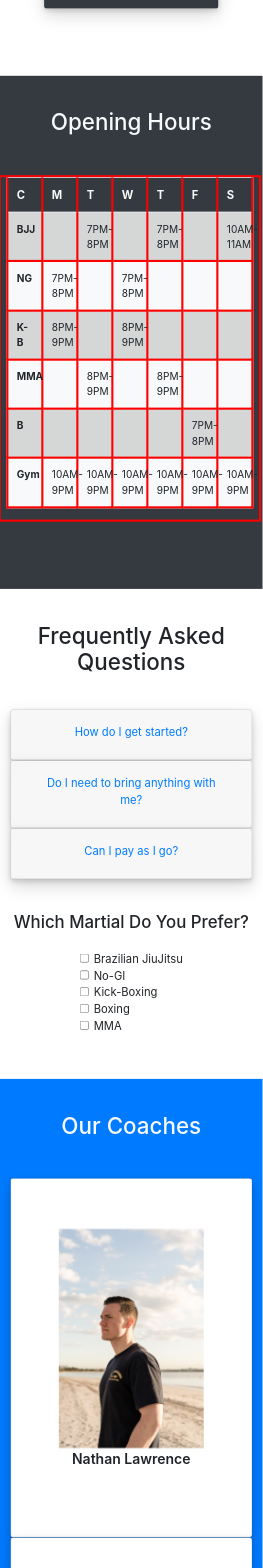
Repository: IonPara/Just-Fight
Page: index.html
These files come from the project's save history. The page is drawn as it stood at one moment and after a run of saves; the edit follows.
The browser window is 375 px wide. The pictures show the part of the page from y = 2146 to 4386 px (the page is 6091 px tall before and 6085 px after), at 70% of full size.
Some web libraries are served in a nearby version.

Above is the page before, as saved 2023-03-13 16:02:52.

### index.html
<!DOCTYPE html>
<html lang="en">

<head>
  <meta charset="utf-8">
  <meta name="viewport" content="width=device-width, initial-scale=1.0">
  <title>Just Fight</title>
  <link href="./Styles/styles.css" rel="stylesheet" type="text/css">

  <!-- Bootstrap Link -->
  <link rel="stylesheet" href="https://cdn.jsdelivr.net/npm/bootstrap@4.2.1/dist/css/bootstrap.min.css"
    integrity="sha384-GJzZqFGwb1QTTN6wy59ffF1BuGJpLSa9DkKMp0DgiMDm4iYMj70gZWKYbI706tWS" crossorigin="anonymous">
</head>

<body>
  <header>

    <!-- ------------Nav bar ------------------------>
    <nav class="navbar navbar-expand-lg navbar-dark bg-dark fixed-top">
      <div class="container pb-4 mr-5">
        <a class="navbar-brand mt-3" id="brand" href="#"><span class="text-primary">Just </span> Fight</a>
        <button class="navbar-toggler" type="button" data-toggle="collapse" data-target="#navbarSupportedContent"
          aria-controls="navbarSupportedContent" aria-expanded="false" aria-label="Toggle navigation">
          <span class="navbar-toggler-icon"></span>
        </button>
      </div>

      <div class="collapse navbar-collapse" id="navbarSupportedContent">
        <ul class="navbar-nav justify-content-end">
          <li class="nav-item active">
            <a class="nav-link" href="#">Home <span class="sr-only">(current)</span></a>
          </li>
          <li class="nav-item">
            <a class="nav-link" href="#ourClasses">Classes</a>
          </li>
          <li class="nav-item">
            <a class="nav-link" href="#openingHours">Opening</a>
          </li>
          <li class="nav-item">
            <a class="nav-link" href="#coaches">Coaches</a>
          </li>
          <li class="nav-item">
            <a class="nav-link" href="#contact">Contact</a>
          </li>
          <li class="nav-item">
            <a class="nav-link" href="./about.html">About</a>
          </li>
          <li class="nav-item">
            <a class="nav-link" href="./plans.html">Join</a>
          </li>
          <li class="nav-item">
            <a class="nav-link" href="./review.html">Review</a>
          </li>
        </ul>
      </div>
    </nav>
  </header>

  <!-- ------------------------Join Club Top section  --------------- -->
  <section class="text-light pt-5 text-center text-sm-start top-section transition-fade" id="swup">
    <div class="container">
      <div class="d-sm-flex justify-content-between align-items-center">
        <div class="heading-container w-50">
          <h1 class="fight-club text-center font-weight-bold"><span class="text-primary">Just </span>Fight</h1>
          <p class=" md-lead text-left font-italic pt-3">
            All martial arts are really just different paths to the same place, which is total human development.
            <br>
          <p class="text-right">BETH AUSTIN</p>
          <a class="text-white" href="./plans.html" target="_blank" rel="noopener noreferrer">
            <button class="btn btn-lg btn-primary mt-3" id="join">
              Join Our Team
            </button>
          </a>
        </div>
        <img class="img-fluid  w-25 d-none d-sm-block" src="./Images/timothy-eberly-C7ax3RF9FFo-unsplash.jpg"
          alt="Muay Thai">
      </div>
    </div>
  </section>

  <!-- Sign Up section -->
  <div class="bg-primary text-light p-5">
    <div class="container">
      <div class="d-md-flex justify-content-between align-items-center">
        <h3 class="mb3-mb-md-0">
          Sing Up For Our Newsletters
        </h3>
        <div class="input-group mb-3">
          <input type="text" class="form-control newsletter-input" placeholder="Enter Email:"
            aria-label="Recipient's username" aria-describedby="button-addon2">
          <button class="btn  btn-outline-secondary bg-dark text-white" type="button" id="button-addon2">
            Sign Up
          </button>
        </div>
      </div>
    </div>
  </div>

  <!-------------------------------Our Classes Boxes------------ -->
  <section class="p-5 mb-5 classes-container" id="ourClasses">
    <div class="container  text-center text-light boxes">
      <div class="row">
        <div class="col text-dark font-weight-bolder">
          <div class=" h2 pb-4">Join Our Classes</div>
        </div>
      </div>

      <!-- Here we create a row with 3 boxes -->
      <div class="row">

        <div class="col-md ">
          <div class="card bg-primary ">
            <div class="card-body">
              <h3 class="card-title">Brazilian Jiu Jitsu</h3>
              <a href="./about.html">
                <img class=" card-image w-100 d-md-block" src="./Images/bjj.png" alt="Brazilian Jiu Jitsu">
              </a>
            </div>
          </div>
        </div>

        <div class="col-md ">
          <div class="card bg-dark mt-4 m-md-0">
            <div class="card-body">
              <h3 class="card-title">No-Gi</h3>
              <a href="./about.html">
                <img class="card-image w-100 d-md-block" src="./Images/no-gi.png" alt="No-Gi">
              </a>
            </div>
          </div>
        </div>

        <div class="col-md ">
          <div class="card bg-primary mt-4 m-md-0">
            <div class="card-body">
              <h3 class="card-title">Kick Boxing</h3>
              <a href="./about.html">
                <img class=" card-image w-100 d-md-block" src="./Images/kb.png" alt="Kick-boxing">
              </a>
            </div>
          </div>
        </div>
      </div>

      <!-- Here we create second row with 3 boxes -->
      <div class="row pt-4">
        <div class="col-md">
          <div class="card bg-dark mb-4 m-md-0">
            <div class="card-body">
              <h3 class="card-title">Boxing</h3>
              <a href="./about.html">
                <img class="card-image w-100  d-md-block" src="./Images/boxing.png" alt="Brazilian Jiu Jitsu">
              </a>
            </div>
          </div>
        </div>

        <div class="col-md">
          <div class="card bg-primary">
            <div class="card-body">
              <h3 class="card-title">MMA</h3>
              <a href="./about.html">
                <img class="card-image w-100  d-md-block" src="./Images/mma.png" alt="No-Gi">
              </a>
            </div>
          </div>
        </div>

        <div class="col-md">
          <div class="card bg-dark mt-4 m-md-0">
            <div class="card-body">
              <h3 class="card-title">Gym</h3>
              <a href="./about.html">
                <img class="card-image w-100  d-md-block" src="./Images/gym.png" alt="Kick-boxing">
              </a>
            </div>
          </div>
        </div>

      </div>
    </div>
  </section>
  <!----------------------------Table--------------------------------  -->
  <section class="bg-dark  p-5" id="openingHours">
    <h2 class="text-light text-center">Opening Hours</h2>

    <div class="bg-dark py-5">
      <div class=" text-dark d-flex justify-content-center table-container">
        <table class=" table bg-light  table-hover w-75 ">
          <thead class="bg-dark text-light">
            <!-- Here is the top row -->
            <tr class="row-head ">
              <!-- Here on the small screen the day of the week wil be just a letter -->
              <th class="col1 d-none d-md-table-cell" scope="col">Class</th>
              <th class="col2 d-md-none" scope="col">C</th>
              <th class="col2 d-none d-md-table-cell" scope="col">Monday</th>
              <th class="col2 d-md-none" scope="col">M</th>
              <th class="col3 d-none d-md-table-cell" scope="col">Tuesday</th>
              <th class="col3 d-md-none" scope="col">T</th>
              <th class="col3 d-none d-md-table-cell" scope="col">Wednesday</th>
              <th class="col3 d-md-none" scope="col">W</th>
              <th class="col4 d-none d-md-table-cell" scope="col">Thursday</th>
              <th class="col4 d-md-none" scope="col">T</th>
              <th class="col5 d-none d-md-table-cell" scope="col">Friday</th>
              <th class="col5 d-md-none" scope="col">F</th>
              <th class="col6 d-none d-md-table-cell" scope="col">Saturday</th>
              <th class="col6 d-md-none" scope="col">S</th>
            </tr>
          </thead>

          <tbody class="" id="table">
            <!-- Here is the second row -->
            <!-- The first column will change depending on the screen size -->
            <tr class="table-active">
              <th class="d-none d-md-block">Brazilian Jiu Jitsu</th>
              <th class="d-md-none ">BJJ</th>
              <td></td>
              <td>7PM-8PM</td>
              <td></td>
              <td>7PM-8PM</td>
              <td></td>
              <td>10AM-11AM</td>
            </tr>
            <!-- Here is the third row -->
            <!-- The first column will change depending on the screen size -->
            <tr>
              <th class="d-none d-md-block">No-Gi</th>
              <th class="d-md-none ">NG</th>
              <td>7PM-8PM</td>
              <td></td>
              <td>7PM-8PM</td>
              <td></td>
              <td></td>
              <td></td>
            </tr>
            <!-- Here is the forth row -->
            <!-- The first column will change depending on the screen size -->
            <tr class="table-active">
              <th class="d-none d-md-block">Kick-Boxing</th>
              <th class="d-md-none ">K-B</th>
              <td>8PM-9PM</td>
              <td></td>
              <td>8PM-9PM</td>
              <td></td>
              <td></td>
              <td></td>
            </tr>
            <!-- Here is the fifth row -->
            <!-- The first column will change depending on the screen size -->
            <tr>
              <th scope="row">MMA</th>
              <td></td>
              <td>8PM-9PM</td>
              <td></td>
              <td>8PM-9PM</td>
              <td></td>
              <td></td>
            </tr>
            <!-- Here is the sixth row -->
            <!-- The first column will change depending on the screen size -->
            <tr class="table-active">
              <th class="d-none d-md-block">Boxing</th>
              <th class="d-md-none ">B</th>
              <td></td>
              <td></td>
              <td></td>
              <td></td>
              <td>7PM-8PM</td>
              <td></td>
            </tr>
            <!-- Here is the seventh row -->
            <!-- The first column will change depending on the screen size -->
            <tr>
              <th scope="row">Gym</th>
              <td>10AM-9PM</td>
              <td>10AM-9PM</td>
              <td>10AM-9PM</td>
              <td>10AM-9PM</td>
              <td>10AM-9PM</td>
              <td>10AM-9PM</td>
            </tr>
          </tbody>

        </table>
      </div>
    </div>
  </section>

  <!-- Questions -->
  <section class="py-5" id="questions">

    <div class="container">
      <h2 class="text-center mb-5">Frequently Asked Questions</h2>

      <div id="accordion">

        <!-- Here is the first accordion -->
        <!-- Which will collapse when you click on it -->
        <div class="card">
          <div class="card-header">
            <h5 class="text-center">
              <button class="btn btn-link" data-toggle="collapse" data-target="#collapseOne">
                How do I get started?
              </button>
            </h5>
          </div>
          <!-- This is the collapsed section-->
          <div id="collapseOne" class="collapse" data-parent="#accordion">
            <div class="card-body">
              The best way is to attend a session and join in! You will receive a free session on your first visit, this
              will provide you with the opportunity to try a class and get a good insight into the varied training we
              have to offer. You must give us a call, txt or to book in for your free session.
            </div>
          </div>
        </div>
        <!-- Here is the second accordion -->
        <!-- Which will collapse when you click on it -->
        <div class="card">
          <div class="card-header">
            <h5 class="text-center">
              <button class="btn btn-link" data-toggle="collapse" data-target="#collapseTwo">
                Do I need to bring anything with me?
              </button>
            </h5>
          </div>
          <!-- This is the collapsed section-->
          <div id="collapseTwo" class="collapse" data-parent="#accordion">
            <div class="card-body">
              It's a good idea to bring a drink and a sweat towel. Normal training attire is fine, shorts & T-shirt,
              Jogging bottoms and T-shirts are all fine. We train in bare feet. In addition, if you already have items
              such as gloves etc. please feel free to bring them along.
            </div>
          </div>
        </div>
        <!-- Here is the third accordion -->
        <!-- Which will collapse when you click on it -->
        <div class="card">
          <div class="card-header">
            <h5 class="text-center">
              <button class="btn btn-link" data-toggle="collapse" data-target="#collapseThree">
                Can I pay as I go?
              </button>
            </h5>
          </div>
          <!-- This is the collapsed section-->
          <div id="collapseThree" class="collapse" data-parent="#accordion">
            <div class="card-body">
              Our members ALL pay via direct debit. As a members only gym we do not accept ANY cash pay as you go. We
              feel this helps promote regular training and stops bullies from just turning up wanting to "fight".
            </div>
          </div>
        </div>
      </div>
    </div>

    <!-- Radio Button -->
    <div class="radio-btn mt-5 mb-3 ">
      <h4 class="mb-4">Which Martial Do You Prefer?</h4>
      <div>
        <div class="form-check">
          <input class="form-check-input" type="checkbox" value="" id="flexCheck">
          <label class="form-check-label" for="flexCheck">
            Brazilian JiuJitsu
          </label>
        </div>

        <div class="form-check">
          <input class="form-check-input" type="checkbox" value="" id="flexCheck1">
          <label class="form-check-label" for="flexCheck1">
            No-GI
          </label>
        </div>

        <div class="form-check">
          <input class="form-check-input" type="checkbox" value="" id="flexCheck2">
          <label class="form-check-label" for="flexCheck2">
            Kick-Boxing
          </label>
        </div>

        <div class="form-check">
          <input class="form-check-input" type="checkbox" value="" id="flexCheck3">
          <label class="form-check-label" for="flexCheck3">
            Boxing
          </label>
        </div>

        <div class="form-check">
          <input class="form-check-input" type="checkbox" value="" id="flexCheck4">
          <label class="form-check-label" for="flexCheck4">
            MMA
          </label>
        </div>
      </div>
    </div>

  </section>
  <!-- ----------------------------------Coaches--------------------- -->
  <section class="bg-primary text-center" id="coaches">
    <h2 class="text-center text-light pt-5">Our Coaches</h2>
    <div class="container py-5" id="card-coaches">

      <div class="row ">
        <!-- This the first coach -->
        <div class="col-md">
          <div class="card card-body p-5 " id="card">
            <figure class="card-body" id="col-coach">
              <img class="card-image w-100 d-md-block" src="./Images/coach11.png" alt="Coach">
              <figcaption class="card-title lead">Nathan Lawrence</figcaption>
            </figure>
          </div>
        </div>
        <!-- This the second coach -->
        <div class="col-md">
          <div class="card card-body p-5 ">
            <figure class="card-body w-100 " id="col-coach2">
              <img class="card-image w-100  d-md-block" src="./Images/coach22.png" alt="Coach">
              <figcaption class="lead card-title ">Lucy Brown</figcaption>
            </figure>
          </div>
        </div>
        <!-- This the third coach -->
        <div class="col-md ">
          <div class="card card-body p-5 ">
            <figure class="card-body" id="col-coach3">
              <img class="card-image w-100  d-md-block" src="./Images/coach33.png" alt="Coach">
              <figcaption class="card-title lead">Jimmy Crow</figcaption>
            </figure>
          </div>
        </div>
      </div>
    </div>
  </section>

  <!-- ----------------------Contact Info---------------------- -->
  <section class="location" id="contact">
    <h2 class="text-center">Contact Info</h2>

    <div class="container">
      <ul class="list">
        <li>
          <strong>Number: </strong>
          <a href="">555-555-555</a>
        </li>

        <li>
          <strong>Email:</strong>
          <a href="mailto:fightclub@gmail.com" target="_blank">
            <span> fightclub@gmail.com</span>
          </a>
        </li>
        <li> <strong>Adress:</strong> Manchester M14</li>
      </ul>

      <!-- map -->
      <div>
        <a href="https://www.google.com/maps/dir//Manchester/@53.4722454,-2.2234628,12z/data=!4m9!4m8!1m0!1m5!1m1!1s0x487a4d4c5226f5db:0xd9be143804fe6baa!2m2!1d-2.2426305!2d53.4807593!3e0"
          target="_blank" rel="noopener">
          <img class="map" src="./Images/map.png" alt="map">
        </a>
      </div>
    </div>
  </section>

  <!-- Footer -->
  <footer class="bg-dark text-center text-light mt-5">
    <p>Copyright &copy; 2022</p>
  </footer>

  <!-- Bootstrap JavaScript Links -->
  <script src="https://code.jquery.com/jquery-3.3.1.slim.min.js"
    integrity="sha384-q8i/X+965DzO0rT7abK41JStQIAqVgRVzpbzo5smXKp4YfRvH+8abtTE1Pi6jizo"
    crossorigin="anonymous"></script>
  <script src="https://cdn.jsdelivr.net/npm/popper.js@1.14.6/dist/umd/popper.min.js"
    integrity="sha384-wHAiFfRlMFy6i5SRaxvfOCifBUQy1xHdJ/yoi7FRNXMRBu5WHdZYu1hA6ZOblgut"
    crossorigin="anonymous"></script>
  <script src="https://cdn.jsdelivr.net/npm/bootstrap@4.2.1/dist/js/bootstrap.min.js"
    integrity="sha384-B0UglyR+jN6CkvvICOB2joaf5I4l3gm9GU6Hc1og6Ls7i6U/mkkaduKaBhlAXv9k"
    crossorigin="anonymous"></script>
  <script src="https://unpkg.com/swup@latest/dist/swup.min.js"></script>
</body>

</html>

### Styles/styles.css


/*---------------- Top section------------- */
.top-section {
    background-color: black;

}


#brand {
    font-size: 1.5rem;
    font-weight: bolder;
}


#join a:hover, a:visited, a:link {
    text-decoration: wavy;
}

#join:hover {
    background-color: rgb(8, 157, 135);
}

/* Radio button */
.radio-btn {
    width: 100%;
    flex-direction: column;
    display: flex;
    align-items: center;
}

/* ---------------------------Coach------------ */
.container figcaption {
    font-weight: 600;
}

/*------------ Contact Info -----------*/
.location h2 {
    margin-top: 2%;
}

.location .container {
    display: flex;
    justify-content: space-between;
    align-items:center;
    flex-wrap: wrap;
    margin-top: 3%;
}

.list {
    list-style: none;
    font-size: larger;
    font-weight: 400;
    line-height: 2em;
}

.list li {
    border-bottom:1px solid grey;
}

ul a:hover, a:visited, a:link{
    color:black;
    text-decoration: wavy;
}

ul a:hover {
    color:blueviolet;
}

/*  The Map */
.map {
    border-radius: 25%;
}

/* -----------------Cards--------------- */
.card:hover {
    -webkit-transform: scale(0.5);
     transform: scale(1.05);
}

.card {
    box-shadow: 0 10px 25px 0 rgba(0, 0, 0, 0.15), 0 3px 7px 0 rgb(0 0 0 / 15%);
}

.table-container, .classes-container, section {
    overflow-x: hidden;
    min-width: 100%;
}

/* -----------------Footer--------------- */
footer p{
    padding: 5vh 0;
    margin-bottom: 0;
    font-size: larger;
    height: 100px;
}


/* ---------------Media screen----------------- */
@media screen and (max-width:1200px) {
    .boxes h3 {
        font-size: 1.2em;
        white-space:pre-wrap;
    }

}

@media screen and (max-width:1000px) {
    .top-section {
        margin-top: 8%;
    }
}


@media screen and (max-width:768px) {

    .newsletter-input {
        width: 50%;
    }

    #table {
        font-size: 0.9rem;
    }

    .map {
        width: 400px;
    }

    .location .container {
        justify-content: center;
    }
}

@media screen and (max-width:600px) {
    .top-section {
        margin-top: 10%;
        min-width: 100%;
    }

    .fight-club {
        min-width: 100% !important;
        margin-top: 5%;
        margin-left: auto;
    }

    .heading-container {
        min-width: 100% !important;
    }

    #join {
        margin-bottom: 5px;
    }
    .table-container {
        min-width: 100dvw;
        border: solid red !important;
    }

    .table-container {
        margin-right: 100px !important;
        margin-left: -50px;
    }

    td, th {
        border: solid red;
        max-width: 50px;
    }

}

After the next 2 saves:
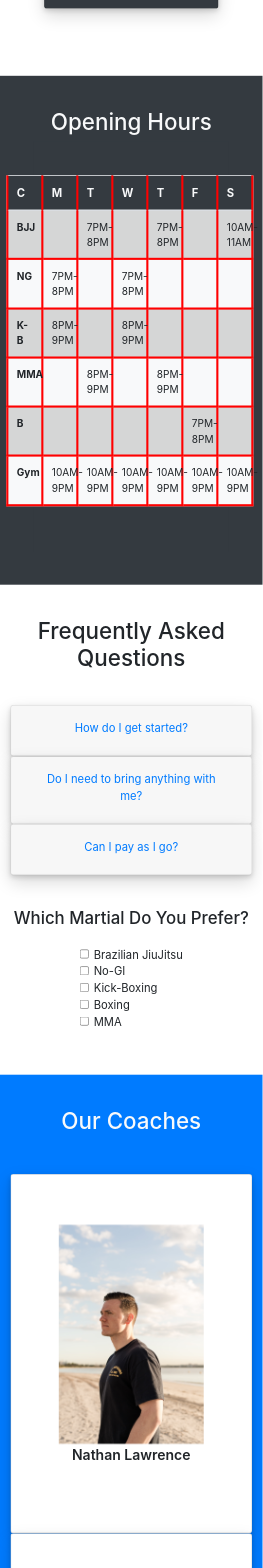
The 2 saves are shown as one change because they came seconds apart.
The last was saved 22 s later.
--- a/Styles/styles.css
+++ b/Styles/styles.css
@@ -151,11 +151,10 @@ footer p{
         margin-bottom: 5px;
     }
     .table-container {
-        min-width: 100dvw;
-        border: solid red !important;
     }
 
     .table-container {
+        min-width: 100dvw;
         margin-right: 100px !important;
         margin-left: -50px;
     }
